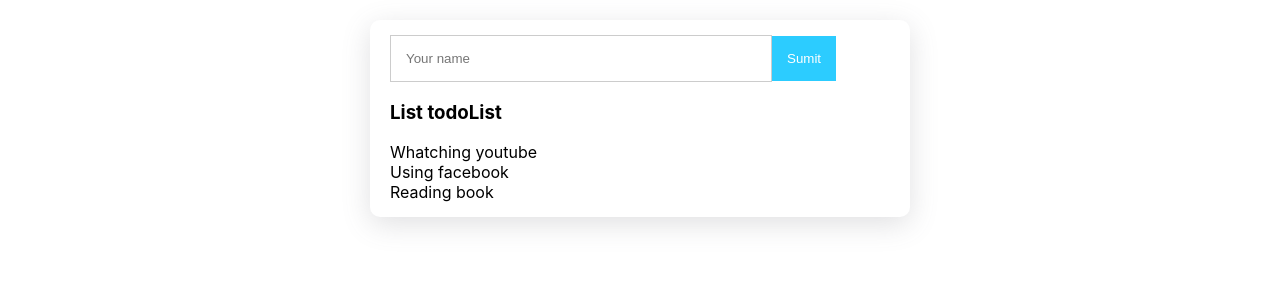
Repository: hoang0508/ReactJsHoiDanIT
Page: /
The author's editor kept a copy of each file at every save. The page is drawn from the files as they stood at one save, then again after the next save.
The browser window is 1280 px wide. The pictures show the whole page.
The project was rebuilt for these pictures with package versions that can differ from the ones it lists, and the page was loaded fresh each time. Also part of the build but not shown: src/App.css.

Above is the page before, as saved 2022-02-04 16:20:01.

### src/App.js
// import logo from "./logo.svg";
import "./App.css";
import TodoList from "./components/TodoApp/TodoList";

const App = () => {
  return <TodoList />;
};

export default App;

### src/components/TodoApp/TodoList.js
import React, { useState } from "react";
import "./TodoList.scss";
const TodoList = () => {
  const [nameTodo, setNameTodo] = useState("");
  const [listTodo, setListTodo] = useState([
    {
      id: 1,
      name: "Whatching youtube",
    },
    {
      id: 2,
      name: "Using facebook",
    },
    {
      id: 3,
      name: "Reading book",
    },
  ]);
  console.log(">> check data:", listTodo);
  const handleChangeTodo = (e) => {
    setNameTodo(e.target.value);
  };
  const handleClickTodo = (e) => {
    let todoItem = {
      id: Math.floor(Math.random() * 1000),
      name: nameTodo,
    };
    setListTodo([...listTodo, todoItem]);
  };
  return (
    <>
      <div className="todo">
        <form>
          <input
            className="todo-input"
            type="text"
            placeholder="Your name"
            // value={nameTodo}
            onChange={(e) => handleChangeTodo(e)}
          />
          <button
            className="todo-btn"
            type="button"
            onClick={(e) => handleClickTodo(e)}
          >
            Sumit
          </button>
        </form>
        <div>
          <h3 className="todo-list">List todoList</h3>
          {listTodo &&
            listTodo.length > 0 &&
            listTodo.map((item, index) => (
              <div key={item.id} className="todo-item">
                <div className="todo-name">{item.name}</div>
              </div>
            ))}
        </div>
      </div>
    </>
  );
};

// class TodoList extends React.Component {
//   // Khai báo state
//   state = {
//     name: "Hoang",
//   };
//   render() {
//     return (
//       <>
//         <input
//           placeholder="Your name"
//           onChange={(e) => this.setState({ name: e.target.value })}
//         />
//         <div>Hello {this.state.name}</div>
//       </>
//     );
//   }
// }

export default TodoList;

### src/components/TodoApp/TodoList.scss
.todo {
  max-width: 500px;
  width: 100%;
  margin: 20px auto;
  padding: 15px 20px;
  background-color: #fff;
  box-shadow: rgba(100, 100, 111, 0.2) 0px 7px 29px 0px;
  border-radius: 10px;
  overflow: hidden;
  &-input {
    max-width: 350px;
    width: 100%;
    border: 1px solid #ccc;
    padding: 15px;
    outline: none;
  }
  &-btn {
    padding: 15px;
    border: 0;
    outline: none;
    cursor: pointer;
    background-color: #2cccff;
    color: #fff;
  }
}

Loaded but not shown: public/index.html (common file); src/index.js (common file); src/index.css (common file); src/reportWebVitals.js (common file)

After the next save:
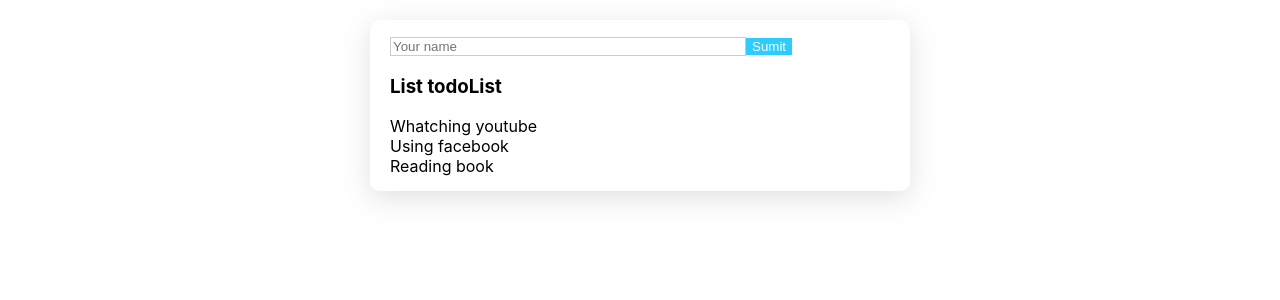
Saved 31 s later.
--- a/src/components/TodoApp/TodoList.scss
+++ b/src/components/TodoApp/TodoList.scss
@@ -11,11 +11,9 @@
     max-width: 350px;
     width: 100%;
     border: 1px solid #ccc;
-    padding: 15px;
     outline: none;
   }
   &-btn {
-    padding: 15px;
     border: 0;
     outline: none;
     cursor: pointer;
